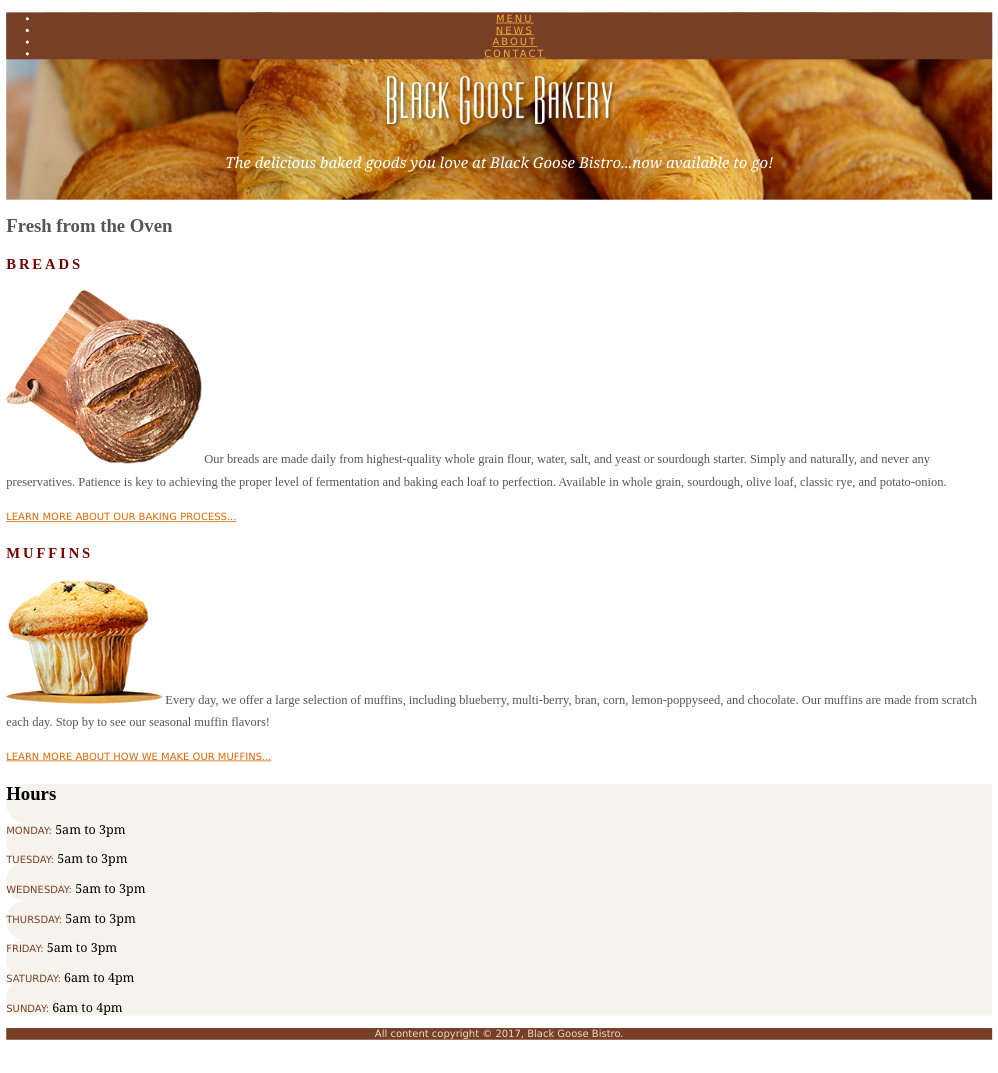
Repository: Colo-Codes/code-practice
Page: 02-css-practice-5.html
An editor plug-in stored every save of this project. The page is shown before and after the next save, followed by the edit.
The browser window is 1280 px wide. The pictures show the whole page, at 78% of full size.
Some web fonts or font styles are not loaded; a fallback is used.

Above is the page before, as saved 2021-05-11 08:28:29.

After the next save:
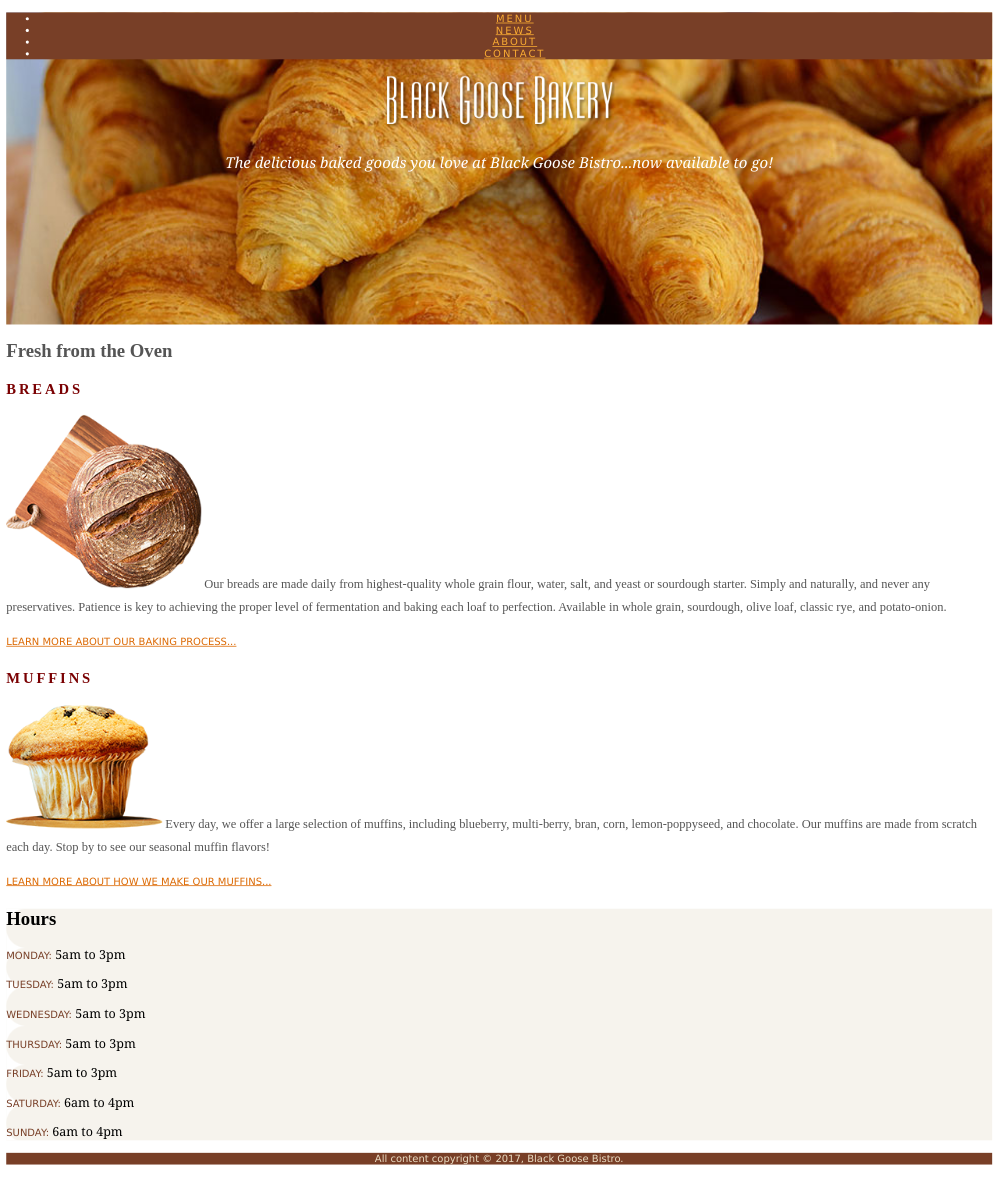
Saved 11 s later.
--- a/css/bakery-styles.css
+++ b/css/bakery-styles.css
@@ -22,7 +22,7 @@ header {
   background:  url(../assets/img/croissants_banner.jpg) no-repeat center center;
   background-size: cover;
   text-align: center;
-  height: 15em;
+  height: 25em;
 }
 header p {
   font-style: italic;

After the save that followed:
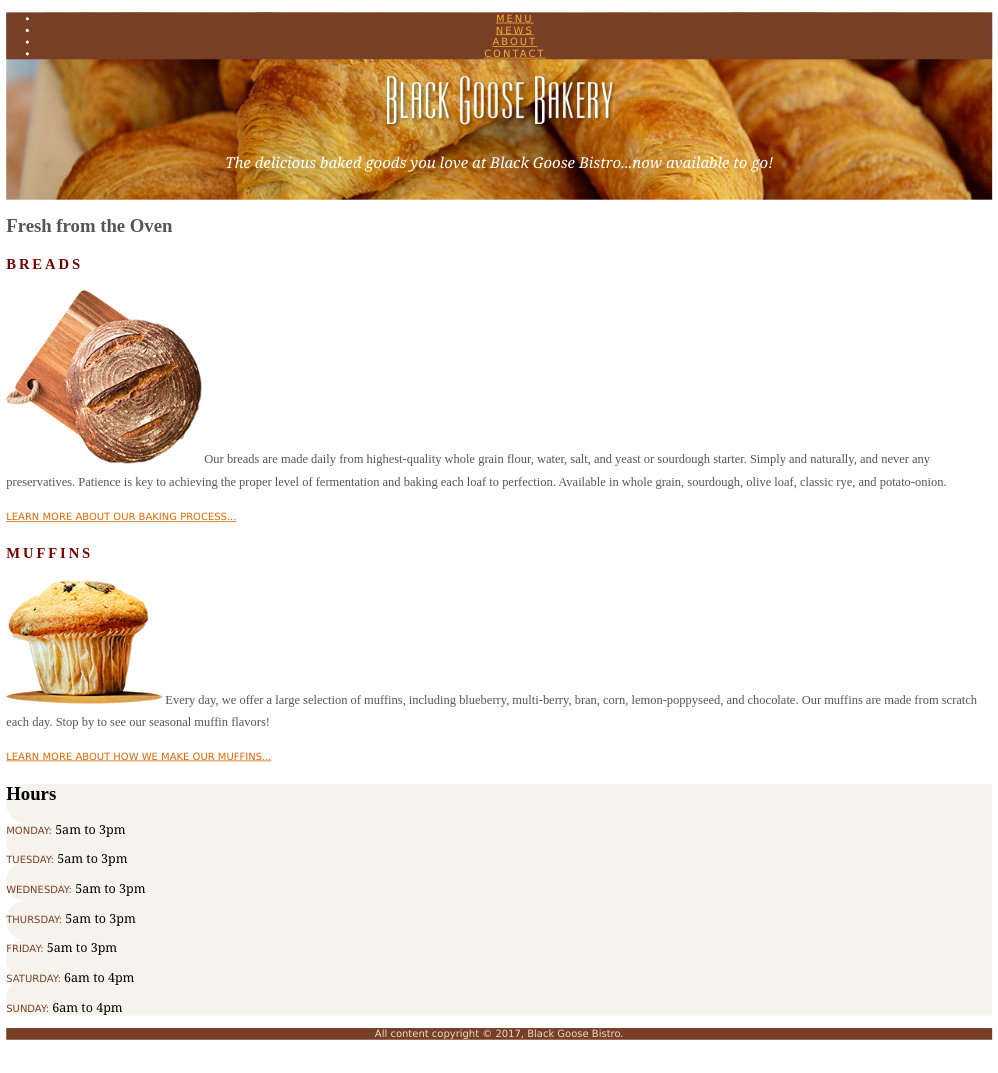
Saved 7 s later.
--- a/css/bakery-styles.css
+++ b/css/bakery-styles.css
@@ -22,7 +22,7 @@ header {
   background:  url(../assets/img/croissants_banner.jpg) no-repeat center center;
   background-size: cover;
   text-align: center;
-  height: 25em;
+  height: 15em;
 }
 header p {
   font-style: italic;
